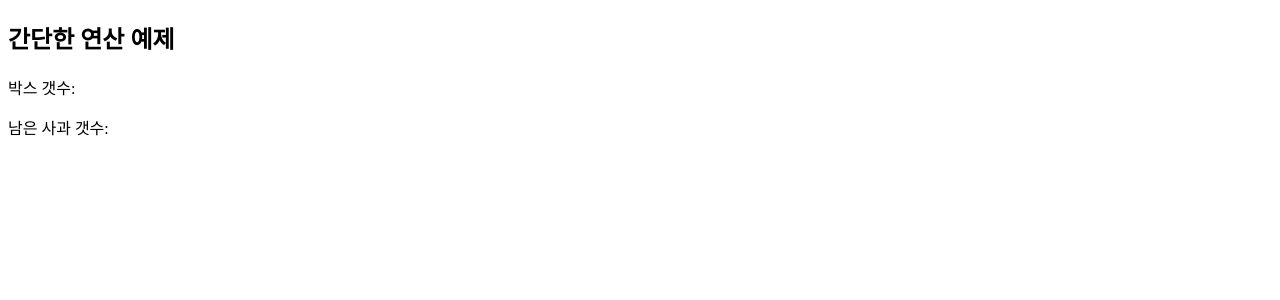
Repository: heyJSH/Study_java_web_sol
Page: http://localhost/jspweb_07/operate_ex.jsp
These files come from the project's save history. The page is drawn as it stood at one moment and after the next save; the edit follows.
The browser window is 1280 px wide. The pictures show the whole page.
The page is served by Tomcat 9. Other server files are loaded and not shown.

Above is the page before, as saved 2024-01-10 07:17:01.

### teacher_lecture/cotogether/workspace_stsb_4_21/jspweb_07/src/main/webapp/operate_ex.jsp
<%@ page language="java" contentType="text/html; charset=UTF-8"
    pageEncoding="UTF-8"%>
<!DOCTYPE html>
<html>
<head>
<meta charset="UTF-8">
<title>Insert title here</title>
</head>
<body>
	<h2>간단한 연산 예제</h2>

	<%
		int apples = 232; // 갯수
		int cntperbox = 20; // 사과박스에 20개씩 담을 수 있음
		// 사과박스 몇개 필요한가?
		// 남는 사과의 갯수는 몇개인가?
	%>

	<p>박스 갯수: </p>
	<p>남은 사과 갯수: </p>
</body>
</html>

After the next save:
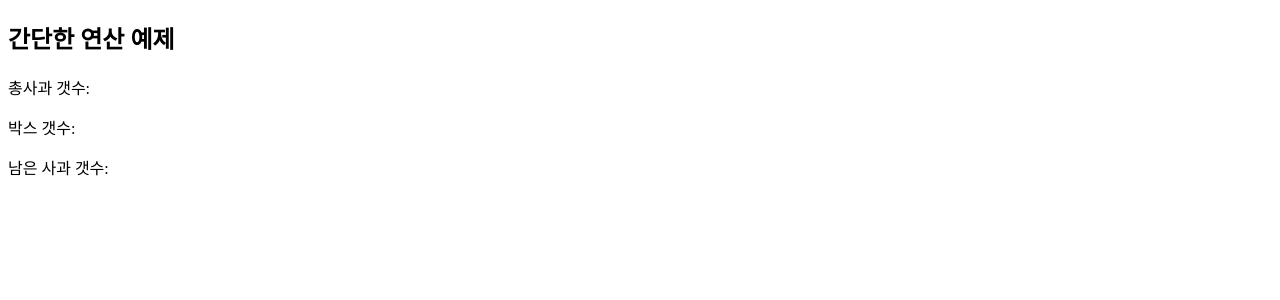
Saved 31 s later.
--- a/teacher_lecture/cotogether/workspace_stsb_4_21/jspweb_07/src/main/webapp/operate_ex.jsp
+++ b/teacher_lecture/cotogether/workspace_stsb_4_21/jspweb_07/src/main/webapp/operate_ex.jsp
@@ -16,6 +16,7 @@
 		// 남는 사과의 갯수는 몇개인가?
 	%>
 
+	<p>총사과 갯수: </p>
 	<p>박스 갯수: </p>
 	<p>남은 사과 갯수: </p>
 </body>
